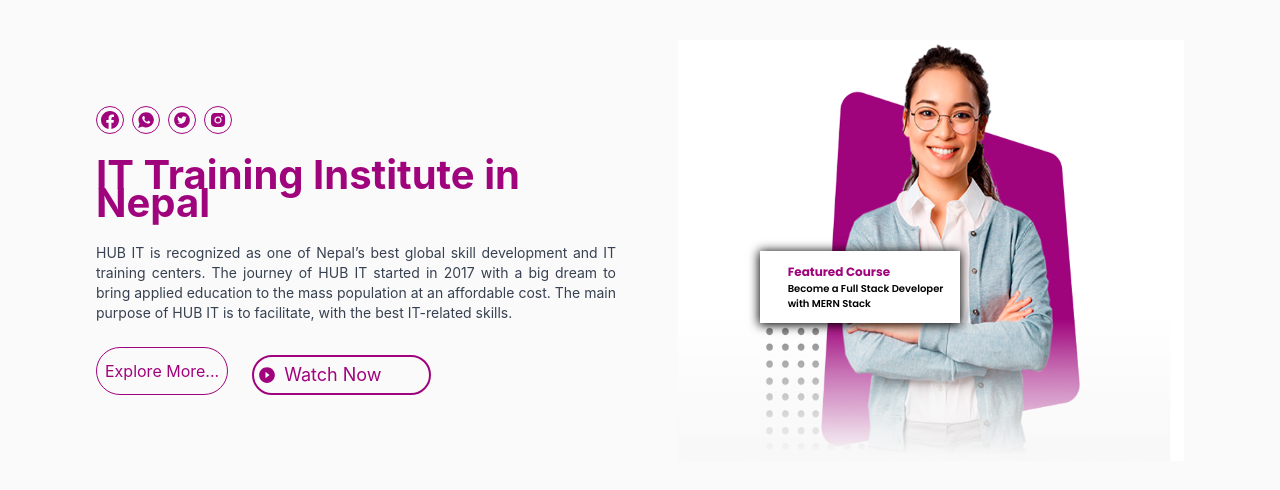
Repository: praveenmunagapati/hgllearnv2
Page: /HomePage/Home
These files come from the project's save history. The page is drawn as it stood at one moment and after the next save; the edit follows.
The browser window is 1280 px wide. The pictures show the whole page.
The project was rebuilt for these pictures with package versions that can differ from the ones it lists, and the page was loaded fresh each time. The framework's server and built-in components were replaced by stand-ins that run in the browser. Also part of the build but not shown: next.config.js.

Above is the page before, as saved 2023-01-03 13:55:39.

After the next save:
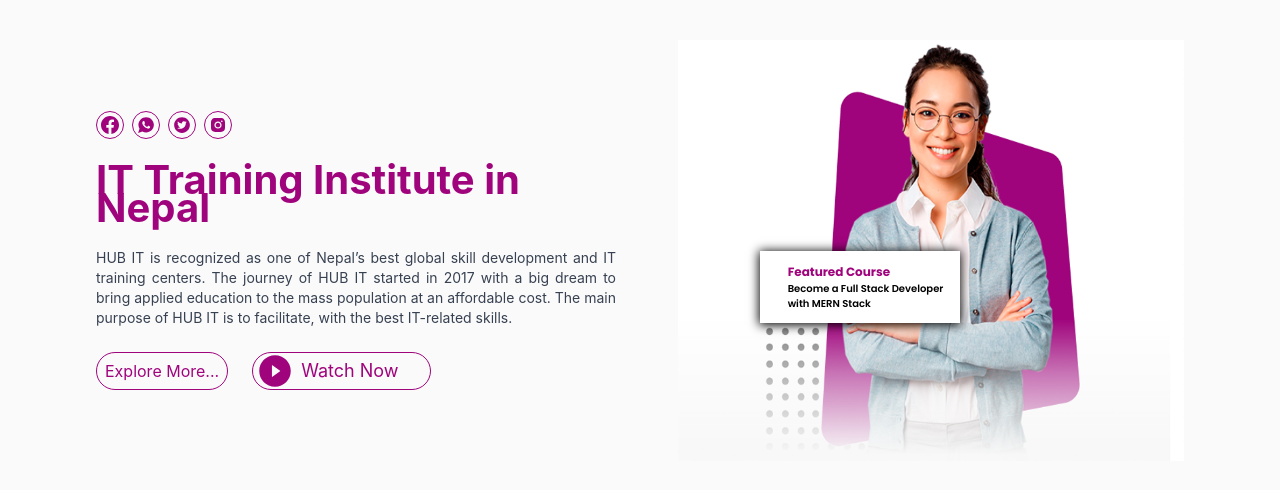
Saved 2 min 17 s later.
--- a/pages/HomePage/Home.jsx
+++ b/pages/HomePage/Home.jsx
@@ -50,11 +50,11 @@
             >
               Explore More...
             </button>
-            <div className="text-4xl md:text-base xl:text-lg xxl:text-xl">
-              <div className="flex mt-2 h-max items-center cursor-pointer rounded-full w-[14vw] p-1 text-[#a0047d] border-2 border-main">
-                <AiFillPlayCircle className="text-[#a0047d]" />
-                <p className="ml-2">Watch Now</p>
-              </div>
+            <div className="flex h-max items-center cursor-pointer border-[1.5px] rounded-full w-[14vw] px-1 border-main">
+              <AiFillPlayCircle className="text-[#a0047d] text-4xl md:text-base xl:text-4xl xxl:text-5xl" />
+              <p className=" md:text-base xl:text-lg xxl:text-xl text-[#a0047d] ml-2 hover:scale-75 transition-all ease-in-out duration-300 delay-100 hover:border-none">
+                Watch Now
+              </p>
             </div>
           </div>
         </div>
